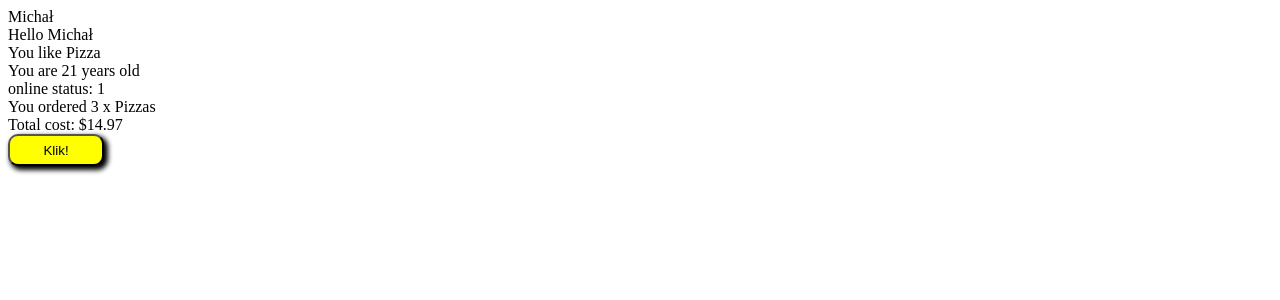
Repository: Nowacki97PL/PHPyt
Page: http://localhost/
An editor plug-in stored every save of this project. The page is shown before and after the next save, followed by the edit.
The browser window is 1280 px wide. The pictures show the whole page.
The page is run by PHP 8.4 with error messages shown; the project is at /var/www/html/.

Above is the page before, as saved 2024-10-06 21:36:15.

After the next save:
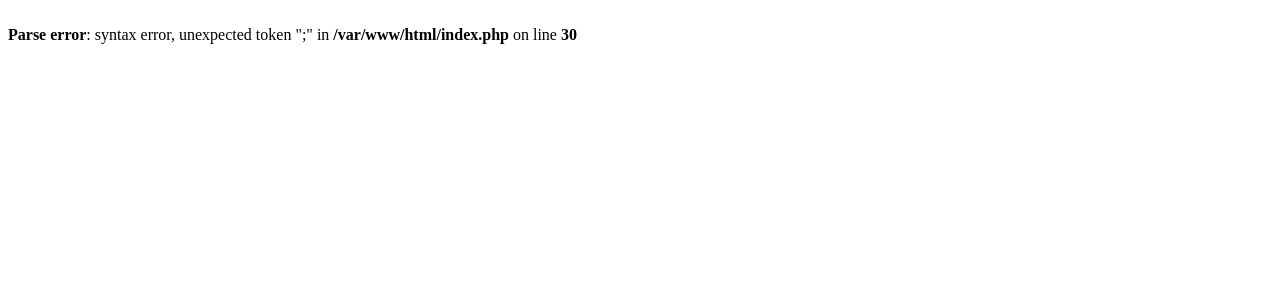
Saved 4 s later.
--- a/index.php
+++ b/index.php
@@ -26,7 +26,7 @@
 $z = null;
 
 $z = $x + $y;
-
+$z =
 ?>
 
 <!DOCTYPE html>

After the 2 saves that followed:
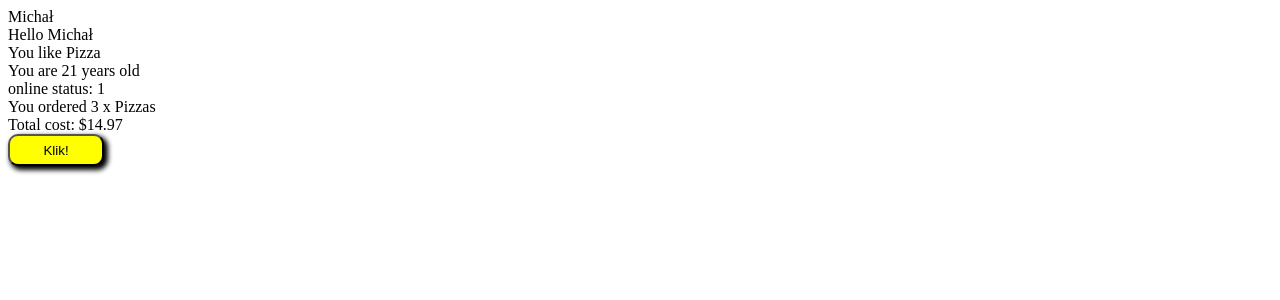
The 2 saves are shown as one change because they came seconds apart.
The last was saved 13 s later.
--- a/index.php
+++ b/index.php
@@ -26,7 +26,9 @@
 $z = null;
 
 $z = $x + $y;
-$z =
+$z = $x + $y;
+$z = $x + $y;
+$z = $x + $y;
 ?>
 
 <!DOCTYPE html>
